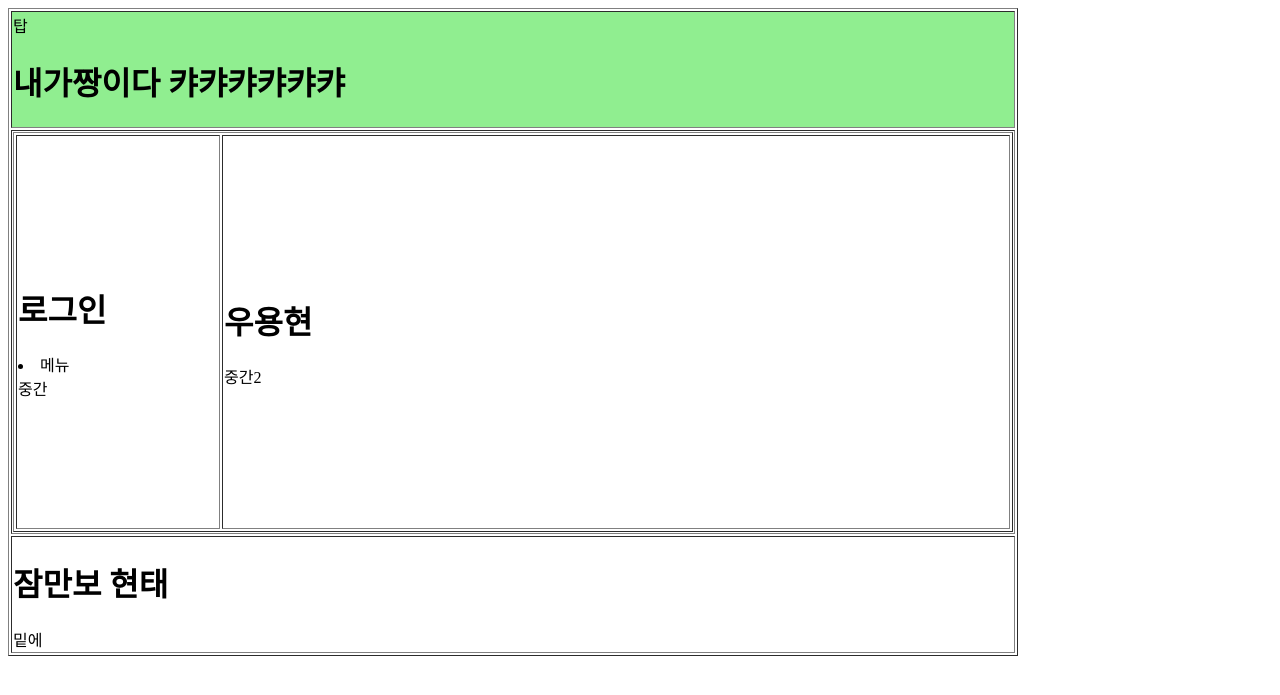
Repository: ikobean/ikoebean
Page: http://localhost/dev_jsp/ch07/index.jsp
An editor plug-in stored every save of this project. The page is shown before and after the next save, followed by the edit.
The browser window is 1280 px wide. The pictures show the whole page.
The page is served by Tomcat 9. Other server files are loaded and not shown.

Above is the page before, as saved 2019-07-17 02:06:04.

### workspace_jsp/dev_jsp/WebContent/ch07/index.jsp
<%@ page language="java" contentType="text/html; charset=UTF-8"
    pageEncoding="UTF-8"%>
<!DOCTYPE html>
<html>
<head>
<meta charset="UTF-8">
<title>Insert title here</title>
</head>
<body>
<table border=1 width="1000" height="500">
<!-- top 영억 -->
	<tr>
	<td height="50" bgcolor=lightgreen>
	탑
	<jsp:include page="top.jsp" flush="false"/></td>
	</tr>
<!-- body 영억 -->
	<tr>
		<td>
			<table border=1 width="1000" height="400">
				<tr>
<!-- menu 영억 -->
					<td width="200" >
					<jsp:include page="menu.jsp" flush="false"/>
						중간
					</td>
<!-- main 영억 -->
					<td>
					<jsp:include page="main.jsp" flush="false"/>
						중간2
					</td>
				</tr>

			</table>
		</td>
	</tr>
<!-- bottom 영억 -->
	<tr>
		<td height="50">
		<jsp:include page="bottom.jsp" flush="false"/>
		밑에
		</td>
	</tr>
</table>
</body>
</html>

### workspace_jsp/dev_jsp/WebContent/ch07/top.jsp
<%@ page language="java" contentType="text/html; charset=UTF-8"
    pageEncoding="UTF-8"%>
<!DOCTYPE html>
<html>
<head>
<meta charset="UTF-8">
<title>Insert title here</title>
</head>
<body>
<h1>내가짱이다 캬캬캬캬캬캬</h1>
</body>
</html>

### workspace_jsp/dev_jsp/WebContent/ch07/menu.jsp
<%@ page language="java" contentType="text/html; charset=UTF-8"
    pageEncoding="UTF-8"%>
<!DOCTYPE html>
<html>
<head>
<meta charset="UTF-8">
<title>Insert title here</title>
</head>
<body>
<h1>로그인</h1>
<li>메뉴</li>
</body>
</html>

### workspace_jsp/dev_jsp/WebContent/ch07/main.jsp
<%@ page language="java" contentType="text/html; charset=UTF-8"
    pageEncoding="UTF-8"%>
<!DOCTYPE html>
<html>
<head>
<meta charset="UTF-8">
<title>Insert title here</title>
</head>
<body>
<h1>우용현</h1>

</body>
</html>

### workspace_jsp/dev_jsp/WebContent/ch07/bottom.jsp
<%@ page language="java" contentType="text/html; charset=UTF-8"
    pageEncoding="UTF-8"%>
<!DOCTYPE html>
<html>
<head>
<meta charset="UTF-8">
<title>Insert title here</title>
</head>
<body>
<h1>잠만보 현태</h1>

</body>
</html>

After the next save:
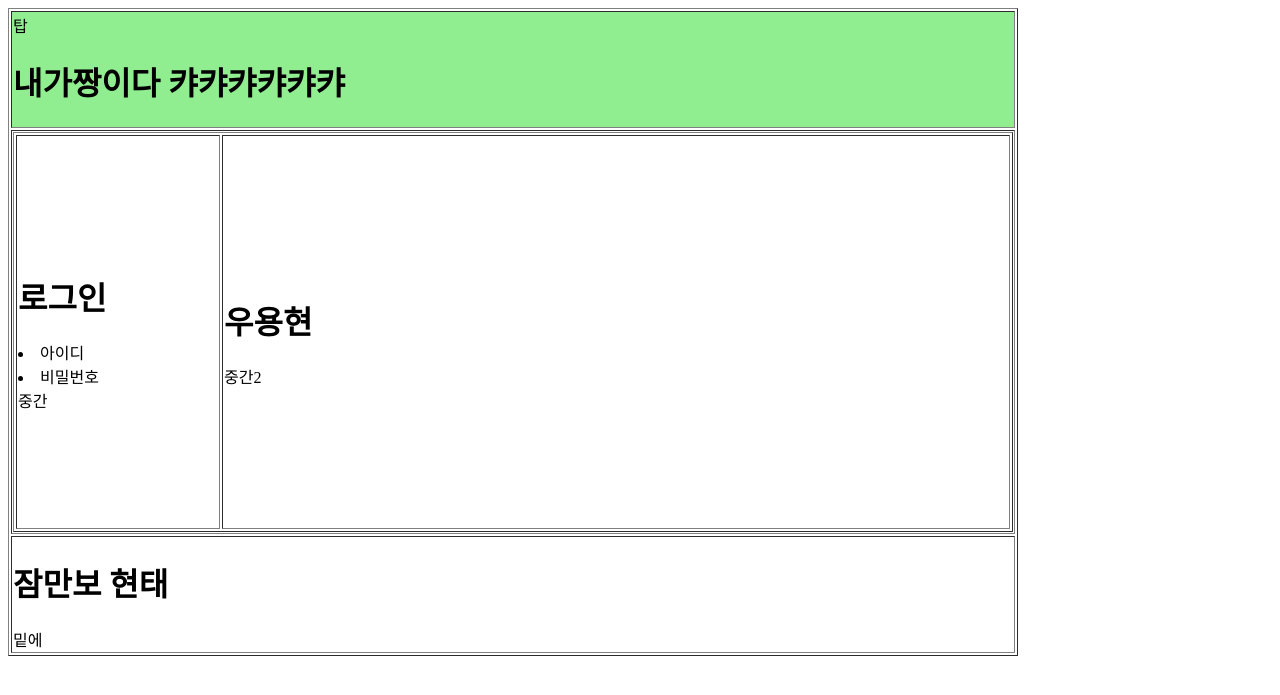
Saved 37 s later.
--- a/workspace_jsp/dev_jsp/WebContent/ch07/menu.jsp
+++ b/workspace_jsp/dev_jsp/WebContent/ch07/menu.jsp
@@ -8,6 +8,8 @@
 </head>
 <body>
 <h1>로그인</h1>
-<li>메뉴</li>
+<li>아이디</li>
+<li>비밀번호</li>
+
 </body>
 </html>
